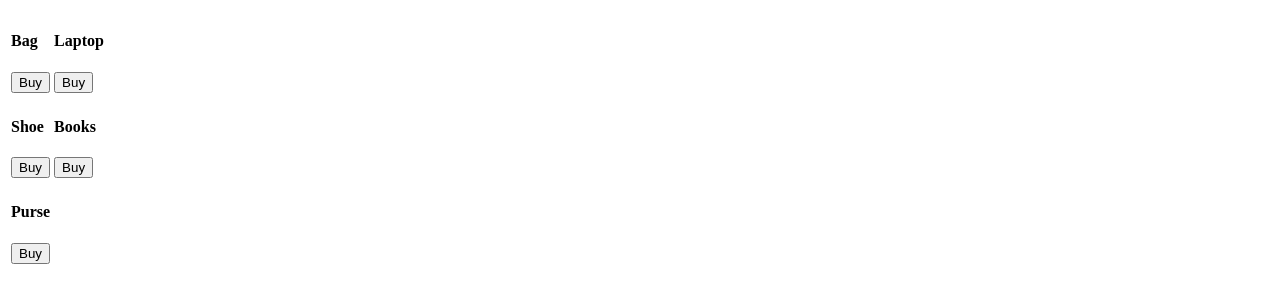
Repository: sowmini-nats/git-spring-project
Page: eclipse-workspace-servlet/MyDemoP/src/main/webapp/ProductPage.html
An editor plug-in stored every save of this project. The page is shown before and after the next save, followed by the edit.
The browser window is 1280 px wide. The pictures show the whole page.

Above is the page before, as saved 2023-10-14 14:58:28.

### eclipse-workspace-servlet/MyDemoP/src/main/webapp/ProductPage.html
<!DOCTYPE html>
<html>
<head>
<meta charset="ISO-8859-1">
<title>Product Page</title>
</head>
<body>
	<div>
		<table>
			<tbody>
				<tr>
					<td><div><h4>Bag</h4><button>Buy</button></div></td>
					<td><div><h4>Laptop</h4><button>Buy</button></div></td>
				</tr>
				<tr>
					<td><div><h4>Shoe</h4><button>Buy</button></div></td>
					<td><div><h4>Books</h4><button>Buy</button></div></td>
				</tr>
				<tr>
					<td><div><h4>Purse</h4><button>Buy</button></div></td>
				</tr>
			</tbody>
		</table>
	</div>
</body>
</html>

After the next save:
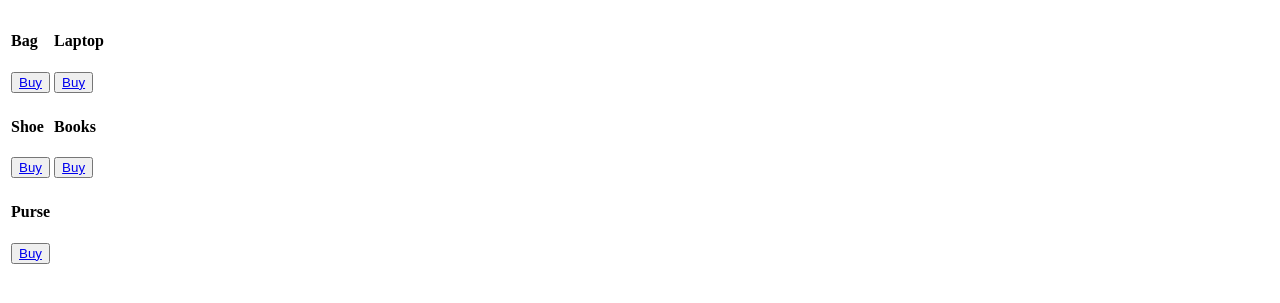
Saved 98 s later.
--- a/eclipse-workspace-servlet/MyDemoP/src/main/webapp/ProductPage.html
+++ b/eclipse-workspace-servlet/MyDemoP/src/main/webapp/ProductPage.html
@@ -9,15 +9,15 @@
 		<table>
 			<tbody>
 				<tr>
-					<td><div><h4>Bag</h4><button>Buy</button></div></td>
-					<td><div><h4>Laptop</h4><button>Buy</button></div></td>
+					<td><div><h4>Bag</h4><button><a href="/ConfirmationServlet">Buy</a></button></div></td>
+					<td><div><h4>Laptop</h4><button><a href="/ConfirmationServlet">Buy</a></button></div></td>
 				</tr>
 				<tr>
-					<td><div><h4>Shoe</h4><button>Buy</button></div></td>
-					<td><div><h4>Books</h4><button>Buy</button></div></td>
+					<td><div><h4>Shoe</h4><button><a href="/ConfirmationServlet">Buy</a></button></div></td>
+					<td><div><h4>Books</h4><button><a href="/ConfirmationServlet">Buy</a></button></td>
 				</tr>
 				<tr>
-					<td><div><h4>Purse</h4><button>Buy</button></div></td>
+					<td><div><h4>Purse</h4><button><a href="/ConfirmationServlet">Buy</a></button></td>
 				</tr>
 			</tbody>
 		</table>
